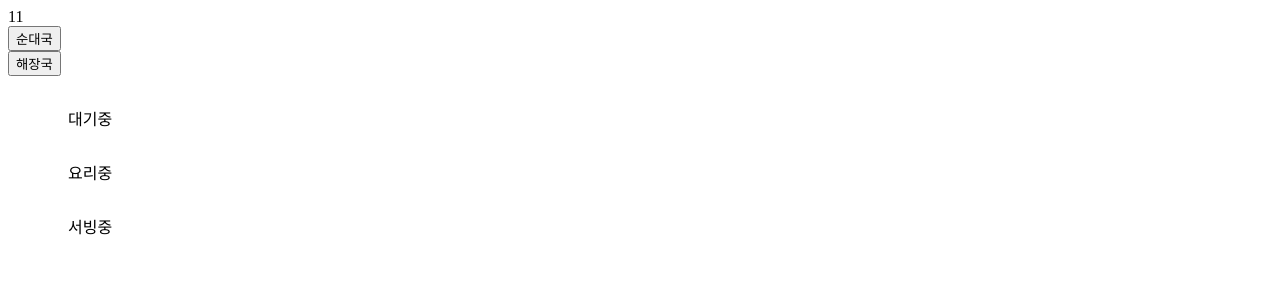
Repository: IT-magician/Restaurant-Simulation
Page: index.html
These files come from the project's save history. The page is drawn as it stood at one moment and after the next save; the edit follows.
The browser window is 1280 px wide. The pictures show the whole page.

Above is the page before, as saved 2023-11-14 22:49:40.
Console error: ReferenceError: cnt is not defined

After the next save:
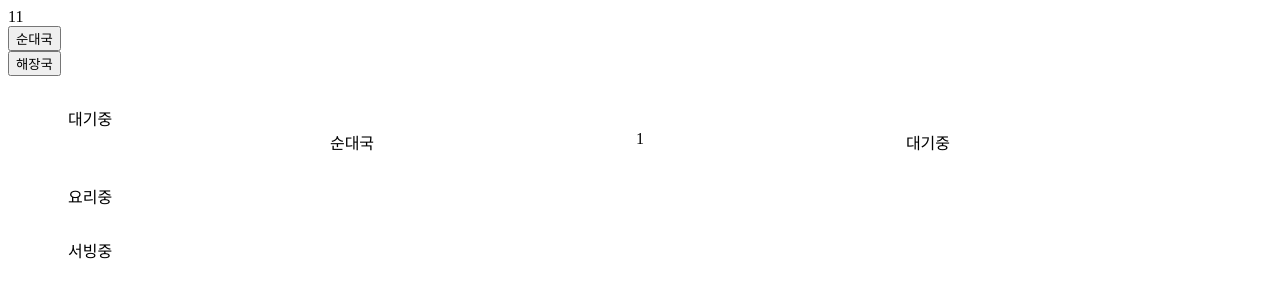
Saved 8 s later.
--- a/js/main.js
+++ b/js/main.js
@@ -50,7 +50,6 @@ function displayDrawerFunc(orderInfoList, name = null) {
       case "대기중":
         console.log("대기중인 주문 : ", orderInfo);
         orderWaitingTrHTML += tr;
-        cnt++;
         break;
       case "요리중":
         orderCookingTrHTML += tr;
